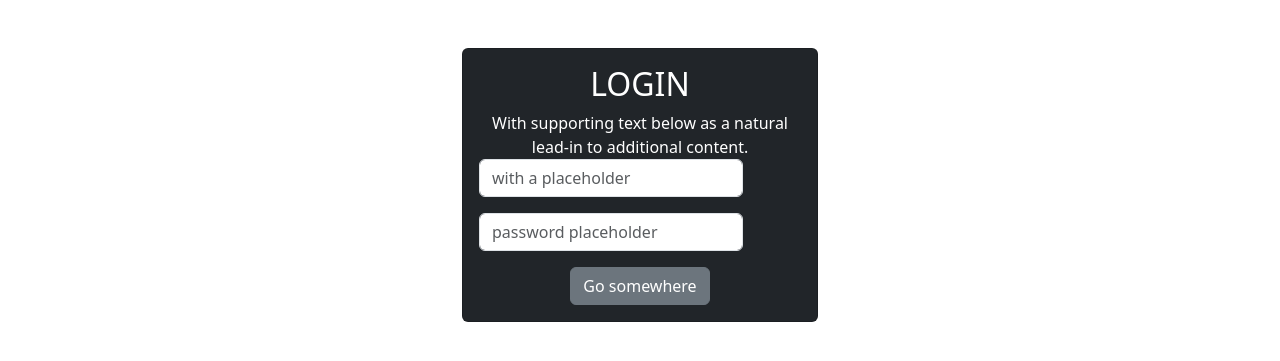
Repository: Rohit1995K/React-redux
Page: /
The author's editor kept a copy of each file at every save. The page is drawn from the files as they stood at one save, then again after the next save.
The browser window is 1280 px wide. The pictures show the whole page.
The project was rebuilt for these pictures with package versions that can differ from the ones it lists, and the page was loaded fresh each time. Also part of the build but not shown: src/Components/CartItem.js, src/Containers/CartContainer.js, src/Components/Navbar.js.

Above is the page before, as saved 2022-10-25 12:24:17.

### src/App.js
import './App.css';
import 'bootstrap/dist/css/bootstrap.min.css';
import CartContainer from './Containers/CartContainer';
import Navbar from './Components/Navbar';
import Login from './Components/Login/Login';

function App() {
  return (
    <div className="App">
        <Login />
        {/* <CartContainer /> */}
    </div>
  );
}

export default App;

### src/Services/Reducers/index.js
import {combineReducers} from 'redux'
import cardItems from "./reducer";

export default combineReducers({
    cardItems
});

### src/Components/Login/Login.js
import React from "react";
import { Card,CardBody,CardTitle,CardText,Button,Input,Form,FormGroup,Col } from "reactstrap";


const Login = () => {

    return (
        <div className="container">
        <div className="row">
            <div className="offset-md-4 col-md-4">
                <Card className="mt-5" color="dark" inverse>
                    <CardBody>
                        <CardTitle tag="h2">
                            LOGIN
                        </CardTitle>
                        <CardText>
                            With supporting text below as a natural lead-in to additional content.
                            <Form>
                                <FormGroup row>
                                    <Col sm={10}>
                                        <Input id="exampleEmail" name="email" placeholder="with a placeholder" type="email"/>
                                    </Col>
                                </FormGroup>
                                <FormGroup row>
                                    <Col sm={10}>
                                        <Input id="examplePassword" name="password" placeholder="password placeholder" type="password"/>
                                    </Col>
                                </FormGroup>
                            </Form>
                        </CardText>
                        <Button>
                            Go somewhere
                        </Button>
                    </CardBody>
                </Card>
            </div>
        </div>
        </div>
    )
}

export default Login;

### src/Services/Reducers/reducer.js
// import { ADD_TO_CART, REMOVE_FROM_CART } from "../Constant";
import { createSlice } from "@reduxjs/toolkit";
import cardItems from "../../cartItems";

const initialState = {
    cardData : cardItems,
    amount:4,
    total:0,
    isLoader:true
}

const cartSlice = createSlice({
    name: 'cart',
    initialState,
    reducers: {
        clearCart: (state) => {
            state.cardData = []
        },
        removeItem: (state, action) => {
            const itemId = action.payload;
            state.cardData = state.cardData.filter((item) =>
            item.id !== itemId);
        },
        increase: (state, {payload}) => {
            const cardItem = state.cardData.find((item) => item.id === payload.id);
            cardItem.amount = cardItem.amount + 1;
        },
        decrease: (state, {payload}) => {
            const cardItem = state.cardData.find((item) => item.id === payload.id);
            cardItem.amount = cardItem.amount - 1;
        },
    }
})

export const { clearCart , removeItem} = cartSlice.actions;
export default cartSlice.reducer;

### src/cartItems.js
const cartItems = [
    {
        id:'1',
        title:'iphone',
        price:'4000',
        amount:1
    },
    {
        id:'2',
        title:'samsung',
        price:'3500',
        amount:1
    },
    {
        id:'3',
        title:'oneplus',
        price:'3000',
        amount:1
    },
    {
        id:'4',
        title:'Redmi',
        price:'2000',
        amount:1
    },
    {
        id:'5',
        title:'Oppo',
        price:'2500',
        amount:1
    }
]

export default cartItems;

Loaded but not shown: public/index.html (common file); src/index.js (common file); src/index.css (common file); src/reportWebVitals.js (common file); src/App.css (common file)

After the next save:
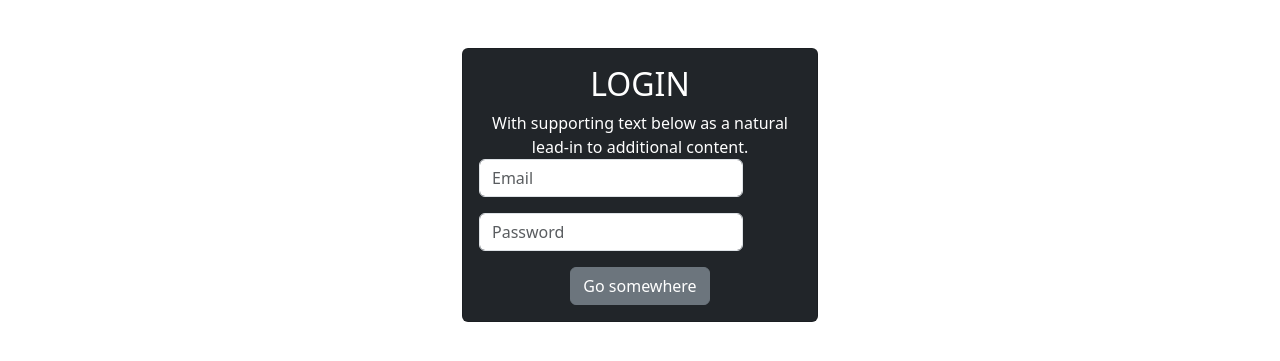
Saved 30 s later.
--- a/src/Components/Login/Login.js
+++ b/src/Components/Login/Login.js
@@ -18,12 +18,12 @@ const Login = () => {
                             <Form>
                                 <FormGroup row>
                                     <Col sm={10}>
-                                        <Input id="exampleEmail" name="email" placeholder="with a placeholder" type="email"/>
+                                        <Input id="exampleEmail" name="email" placeholder="Email" type="email"/>
                                     </Col>
                                 </FormGroup>
                                 <FormGroup row>
                                     <Col sm={10}>
-                                        <Input id="examplePassword" name="password" placeholder="password placeholder" type="password"/>
+                                        <Input id="examplePassword" name="password" placeholder="Password" type="password"/>
                                     </Col>
                                 </FormGroup>
                             </Form>
